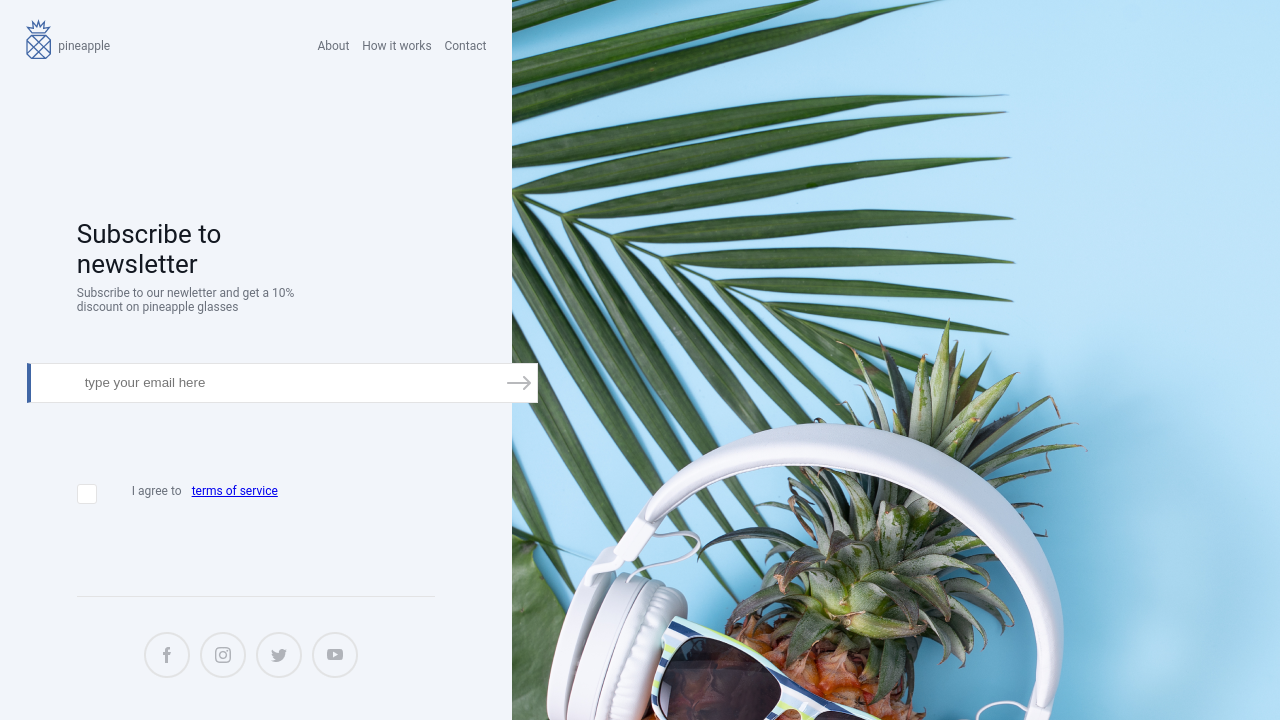
Repository: PaulsBebris/megabit-task
Page: /
The author's editor kept a copy of each file at every save. The page is drawn from the files as they stood at one save, then again after the next save.
The browser window is 1280 px wide. The pictures show the whole page.
The project was rebuilt for these pictures with package versions that can differ from the ones it lists, and the page was loaded fresh each time.

Above is the page before, as saved 2021-04-20 08:01:00.

After the next save:
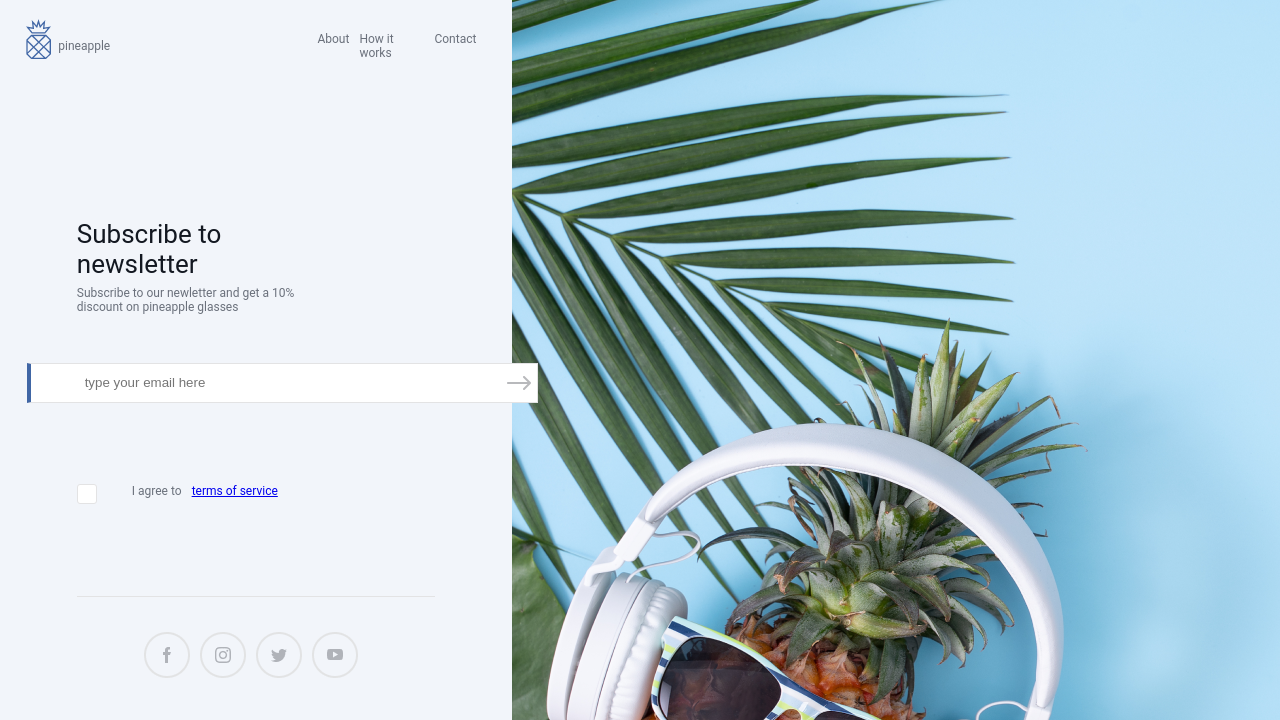
Saved 62 s later.
--- a/src/views/Home.vue
+++ b/src/views/Home.vue
@@ -7,9 +7,9 @@
           <span>pineapple</span>
         </div>
         <nav class="main-menu">
-          <div>About</div>
-          <div>How it works</div>
-          <div>Contact</div>
+          <div class="main-menu__item">About</div>
+          <div class="main-menu__item">How it works</div>
+          <div class="main-menu__item">Contact</div>
         </nav>
       </div>
       <div class="content-wrapper">
@@ -116,6 +116,9 @@ export default {
   justify-content: space-between;
   width: 33%;
 }
+.main-menu__item {
+  margin-right: 10px;
+}
 .content-wrapper {
   padding-left: 15%;
   padding-right: 38%;
